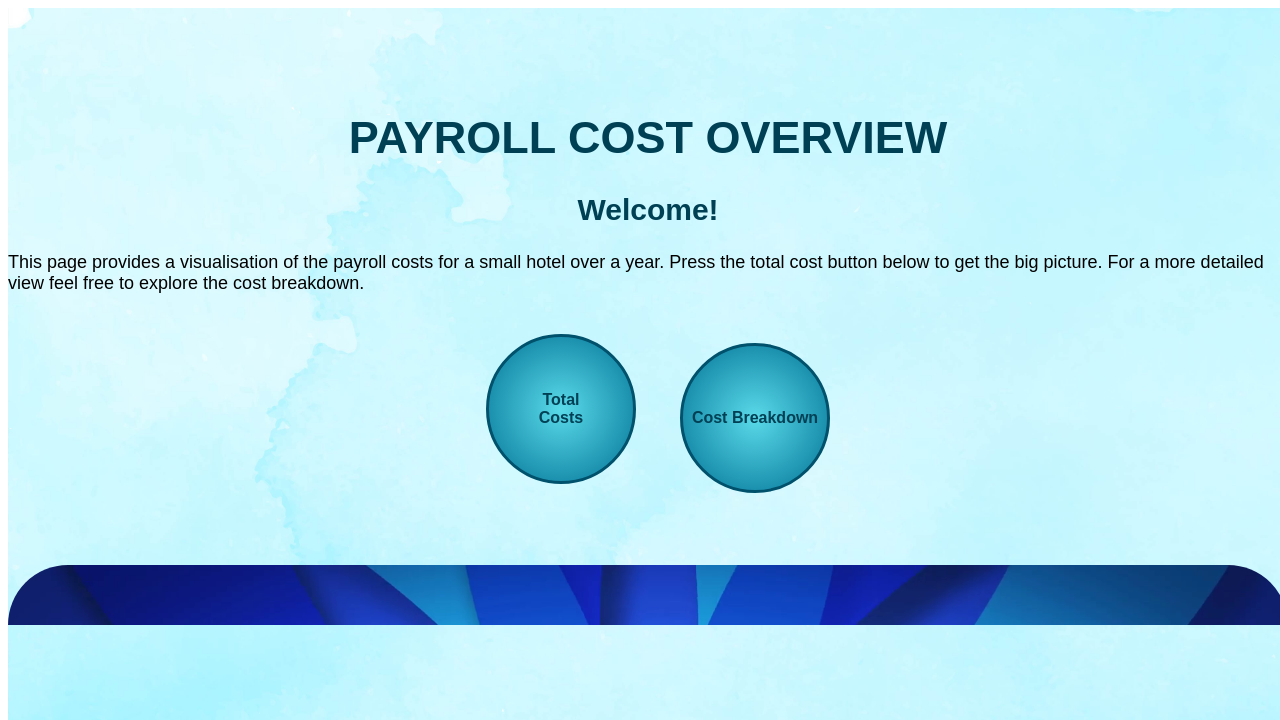
Repository: Code-Institute-Submissions/danfiliphoff-Milestoneproject-2
Page: index.html
The author's editor kept a record of every edit. The page is drawn from the files as they stood at one moment, then again after the next edit.
The browser window is 1280 px wide. The pictures show the whole page.

Above is the page before.

### index.html
<!DOCTYPE html>
<html lang="en">
<head>
    <meta charset="UTF-8">
    <meta name="viewport" content="width=device-width, initial-scale=1.0">
    <meta http-equiv="X-UA-Compatible" content="ie=edge">
    <title>Payroll Dashboard</title>
    <link rel="stylesheet" href="static/css/style.css" type="text/css" />
    <link rel="stylesheet" href="" type="text/css" />
    <link rel="stylesheet" href="static/pictures/html_background.jpg" type="image/jpg" />
    <link rel="stylesheet" href="https://stackpath.bootstrapcdn.com/font-awesome/4.7.0/css/font-awesome.min.css" type="text/css" />
    <script src="https://ajax.googleapis.com/ajax/libs/jquery/3.3.1/jquery.min.js"></script>
    <script src="https://maxcdn.bootstrapcdn.com/bootstrap/3.4.0/js/bootstrap.min.js"></script>
</head>
<body id="index-body-size">
    <div class="container-fluid" id="index-background">
        <header>
            <!--*******Title*********-->
                <div >
                   <div class="row">
                        <h1 class="col-md-12 paddingtitle title">
                             <a href="index.html" class="title">
                                 <br>
                                 <span>Payroll Cost Overview</span>
                                 <br>
                             </a>
                        </h1>
                   </div>
                </div>
        </header>
        <!--****** Welcome Text******-->
        <article class="container-fluid">
            <h2 class="topic-header">Welcome!</h2>
            <section>
                <p class="topic-text">
                    This page provides a visualisation of the payroll costs
                    for a small hotel over a year. Press the total cost button
                    below to get the big picture. For a more detailed view feel
                    free to explore the cost breakdown.
                </p>
            </section>
        </article>
        <!--****** Navigation Buttons******-->
        <div class="mobile" id="indexcontent">
            <div class="row" id="center-btn">
                <div class="col-md-12">
                    <form style="display: inline" action="total_cost.html" method="get">
                        <button class="mainbutton">
                            <span>Total<br> Costs</span>
                        </button>
                    </form>
                    <form style="display: inline" action="account.html" method="get">
                        <button class="mainbutton">
                            <span>Cost Breakdown</span>
                        </button>
                    </form>
                </div>
            </div>
        </div>
        <!--****** Footer Buttons******-->
        <footer class="container-fluid footer-pinned">
            <div class="row footerbackgrund">
            </div>
        </footer>
    </div>



</body>

### static/css/style.css


/*--------HEADER-------*/
.paddingtitle{
    padding-top:25px;
    text-align: center;
}

.title {
    font-family: "Nunito", Arial;
    font-weight: 800;
    font-size: 45px;
    line-height: 50px;
    text-transform: uppercase;
    color:#004054;
    text-decoration: none !important;
    top: 0.5%;
    position: relative;
}

/*--------Index-------*/
#index-body-size{
    position: relative;
    height: 100%;
}
#indexcontent{
    text-align: center;
    margin-top: 1%;
}

#center-btn{
    margin-right: 20px;
}

.mainbutton{
    border-radius: 50%;
    color: #004054;
    background: radial-gradient(#5adae9, #017296);
    height: 150px;
    width: 150px;
    font-family: "Nunito", Arial;
    font-weight: 800;
    font-size:16px;
    border: 3px solid #00516b;
    transition: all 0.5s;
    cursor: pointer;
    text-align: center;
    margin-bottom: 22px;
    margin-top: 22px;
    margin-left: 40px;
}

.mainbutton:hover{
  box-shadow: 0 12px 16px 0 rgba(0,0,0,0.24), 0 17px 50px 0 rgba(0,0,0,0.19);
}

.mainbutton span{
  cursor: pointer;
  display: inline-block;
  position: relative;
  transition: 0.5s;
}

.mainbutton span:after{
  content: '\00bb';
  position: absolute;
  opacity: 0;
  top: 0;
  right: -20px;
  transition: 0.5s;
}

.mainbutton:hover span{
  padding-right: 25px;
}

.mainbutton:hover span:after{
  opacity: 1;
  right: 0;
}




/*--------GENERAL-------*/
#index-background{
    position: fixed;
    background-repeat:no-repeat;
    background-size:cover;
    background-image: url("../pictures/html_background.jpg");
    height: 100%;
    width: 100%;
}

.conatainer-topics{
     text-align: justify;
     max-width: 600px;
     margin-left: 34.5%;
}

.topic-header{
  font-family: "Nunito", Arial;
  font-weight: 700;
  font-size:  30px;
  color:#004054;
  text-align: center;
}

.topic-text{
  font-family: "Nunito", Arial;
  color:black;
  font-size: 18px;
  text-decoration: none!important;
}



/*below hides y axis for accounts bar graph*/
#Cost-Per-Type .axis.y { display: none; }

/*--------------FOOTER-------------------*/
.footerbackgrund{
  bottom: 0;
  margin-top: 50px;
  border-radius: 170px 170px 0px 0px;
  background-repeat:no-repeat;
  background-size:cover;
  background-image: url("../pictures/footerbackground.jpg");
  height: 60px;
}

.logo{
    background-repeat: no-repeat;
    max-height: 100px;
    margin-top: 12px;
    margin-bottom: 20px;
    margin-left:55px;
}

img:hover{
  box-shadow: 0 0 2px 1px rgba(0, 140, 186, 0.5);
}

.social-links{
    list-style-type: none;
    text-align:right;
    margin-top: 12px;
    margin-right: 24px;
}

.social-links li a i{
    margin-right: 8px;
    width: 40px;
    height: 40px;
    padding: 15px 0;
    border-radius: 50%;
    font-size: 25px;
    line-height: 7px;
    text-align: center;
    color:#004054;
    background:#5adae9;
    transition: all 0.35s ease-in-out;
    -moz-transition: all 0.35s ease-in-out;
    -webkit-transition: all 0.35s ease-in-out;
    -o-transition: all 0.35s ease-in-out;
}

.social-links li a i:hover{
    background:#ffffff ;
}

.mail-footer{
    padding-bottom: 15px;
    list-style-type: none;
    margin-top: 15px;
}

.mail-footer li a i{
    margin-top: 10px;
    width: 40px;
    height: 40px;
    padding: 15px 0;
    font-weight: 900;
    border-radius: 50%;
    font-size: 28px;
    line-height: 7px;
    text-align: center;
    color:#004054;
    background:#5adae9;
    transition: all 0.35s ease-in-out;
    -moz-transition: all 0.35s ease-in-out;
    -webkit-transition: all 0.35s ease-in-out;
    -o-transition: all 0.35s ease-in-out;
}

.mail-footer li a i:hover{
    background:#ffffff ;
}

.socialspacing{
    color:#ffffff;
    font-family: "Nunito", Arial;
    text-transform: uppercase;
    font-weight: 300;
    text-decoration: none;
    text-align:center;
}

.sociallinks{
    margin-top:5px;
    margin-left:auto;
    margin-right:auto;
    min-width: 50px;
}

.envelope{
    font-weight: 800;
}

After the next edit:
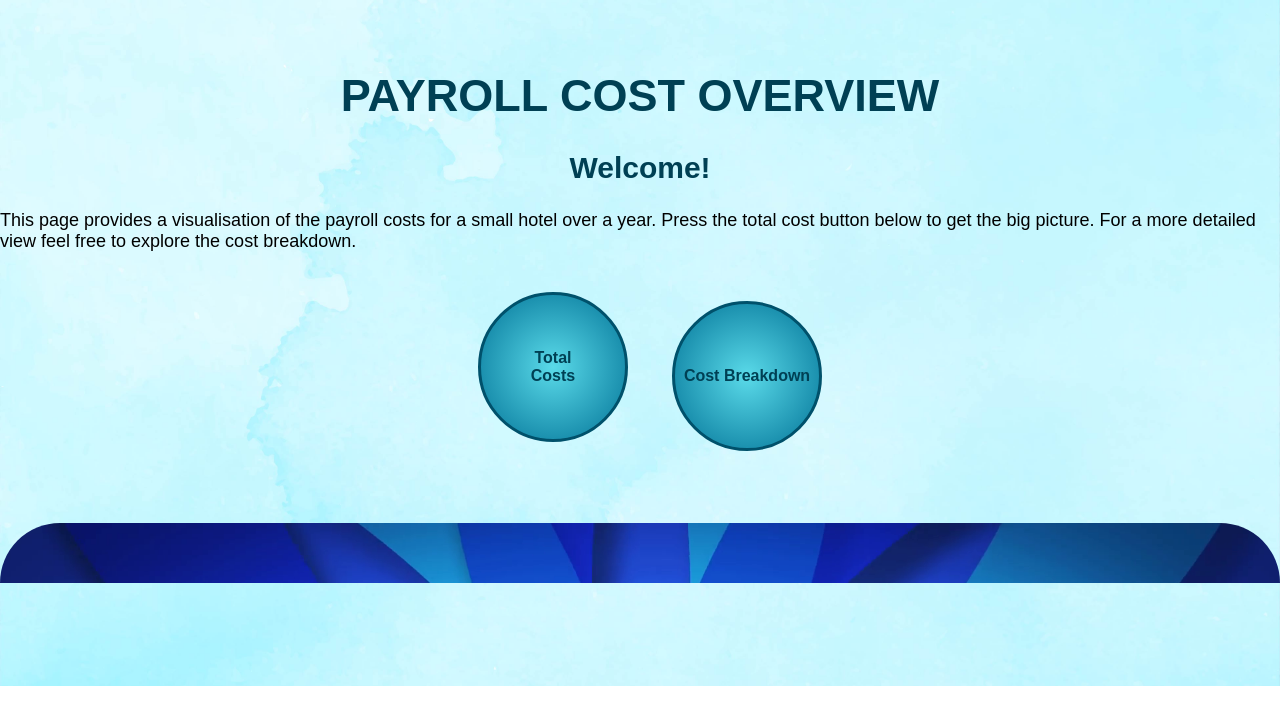
The edit:
--- a/static/css/style.css
+++ b/static/css/style.css
@@ -20,8 +20,11 @@
 
 /*--------Index-------*/
 #index-body-size{
-    position: relative;
+    position: fixed;
     height: 100%;
+    width: 100%;
+    margin-top: -34px;
+    margin-left: 0px;
 }
 #indexcontent{
     text-align: center;
